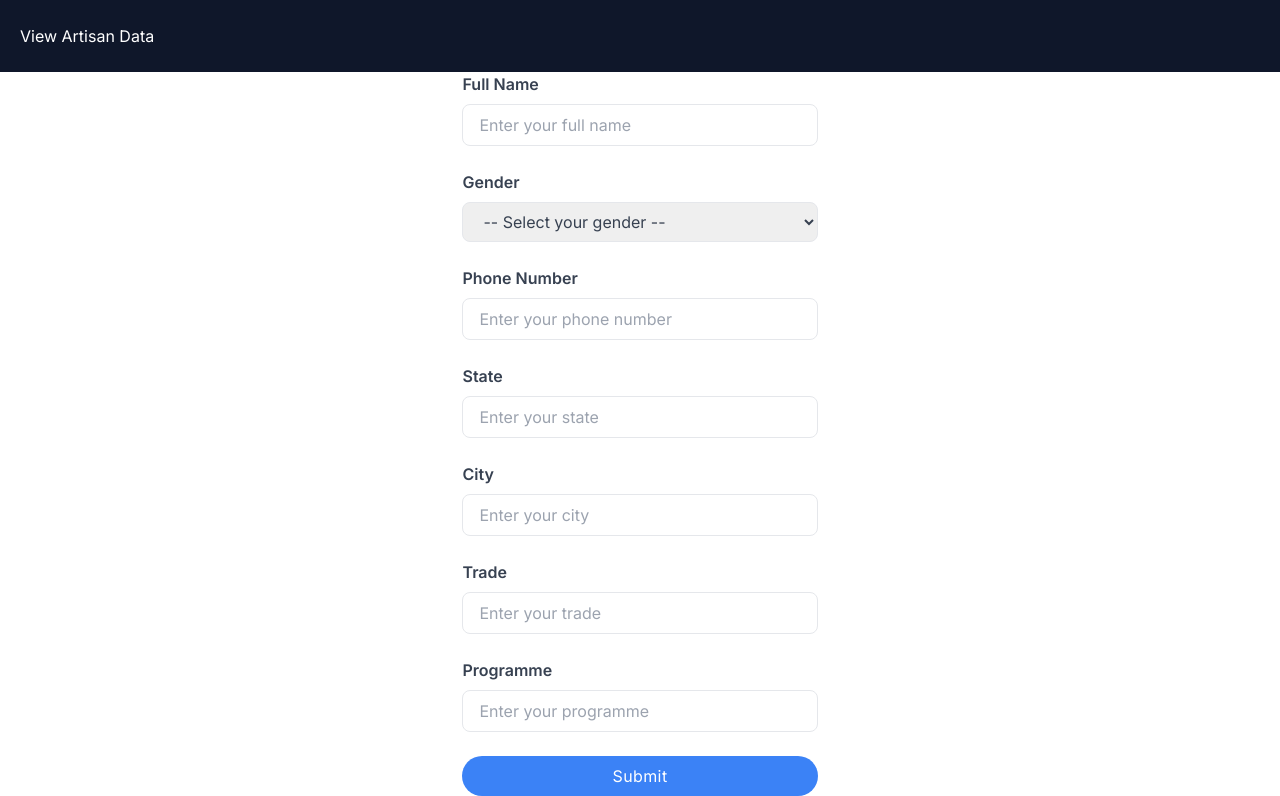
Repository: marcusdashe/artisanindex_frontend
Page: /components/CreateArtisan
These files come from the project's save history. The page is drawn as it stood at one moment and after the next save; the edit follows.
The browser window is 1280 px wide. The pictures show the whole page.
The page's requests for data from a server got no answer. The project was rebuilt for these pictures with package versions that can differ from the ones it lists, and the page was loaded fresh each time. The framework's server and built-in components were replaced by stand-ins that run in the browser. No one was signed in, and anything a server would have sent is missing. Also part of the build but not shown: next.config.js.

Above is the page before, as saved 2023-03-09 10:59:50.

### pages/_app.js
import "@/styles/globals.css";
import "core-js/stable";
import "regenerator-runtime/runtime";

export default function App({ Component, pageProps }) {
  return <Component {...pageProps} />;
}

### pages/_document.js
import { Html, Head, Main, NextScript } from "next/document";

export default function Document() {
  return (
    <Html lang="en">
      <Head>
        <link rel="preconnect" href="https://fonts.googleapis.com" />
        <link
          rel="preconnect"
          href="https://fonts.gstatic.com"
          crossOrigin="true"
        />
        <link
          href="https://fonts.googleapis.com/css2?family=Inter:wght@100;200;300;400;500;600&display=swap"
          rel="stylesheet"
        />
      </Head>
      <body>
        <Main />
        <NextScript />
      </body>
    </Html>
  );
}

### pages/components/CreateArtisan.js
import React, { useState, useEffect } from "react";
import axios from "axios";

function ViewArtisanDataScreen() {
  const [formData, setFormData] = useState({
    city: "",
    created: "",
    fullName: "",
    gender: "",
    phoneNumber: "",
    state: "",
    trade: "",
    programme: "",
  });

  const handleInputChange = (event) => {
    const { name, value } = event.target;
    setFormData({ ...formData, [name]: value });
  };

  const handleSubmit = (event) => {
    event.preventDefault();
    console.log(formData);
  };

  const fetchAllArtisanEndpoint = `${process.env.NEXT_PUBLIC_BACKEND_BASE_URL}api/artisan/all`;

  return (
    <div className="w-full h-[100vh]">
      <div className="w-full h-[10vh] bg-slate-900 flex items-center content-center justify-start text-white p-5">
        View Artisan Data
      </div>
      <div className="w-full h-[100vh] bg-white flex flex-row flex-wrap items-center justify-center">
        <form onSubmit={handleSubmit}>
          <label htmlFor="fullName" className="block text-gray-700 font-bold">
            Full Name
          </label>
          <input
            type="text"
            id="fullName"
            name="fullName"
            value={formData.fullName}
            onChange={handleInputChange}
            placeholder="Enter your full name"
            className="w-full mt-2 mb-6 px-4 py-2 border rounded-lg text-gray-700 focus:outline-none focus:border-blue-500 focus:shadow-outline-blue"
            required
          />
          <label htmlFor="gender" className="block text-gray-700 font-bold">
            Gender
          </label>
          <select
            id="gender"
            name="gender"
            value={formData.gender}
            onChange={handleInputChange}
            className="w-full mt-2 mb-6 px-4 py-2 border rounded-lg text-gray-700 focus:outline-none focus:border-blue-500 focus:shadow-outline-blue"
            required
          >
            <option value="">-- Select your gender --</option>
            <option value="Male">Male</option>
            <option value="Female">Female</option>
          </select>
          <label
            htmlFor="phoneNumber"
            className="block text-gray-700 font-bold"
          >
            Phone Number
          </label>
          <input
            type="tel"
            id="phoneNumber"
            name="phoneNumber"
            value={formData.phoneNumber}
            onChange={handleInputChange}
            placeholder="Enter your phone number"
            className="w-full mt-2 mb-6 px-4 py-2 border rounded-lg text-gray-700 focus:outline-none focus:border-blue-500 focus:shadow-outline-blue"
            required
          />
          <label htmlFor="state" className="block text-gray-700 font-bold">
            State
          </label>
          <input
            type="text"
            id="state"
            name="state"
            value={formData.state}
            onChange={handleInputChange}
            placeholder="Enter your state"
            className="w-full mt-2 mb-6 px-4 py-2 border rounded-lg text-gray-700 focus:outline-none focus:border-blue-500 focus:shadow-outline-blue"
            required
          />
          <label htmlFor="city" className="block text-gray-700 font-bold">
            City
          </label>
          <input
            type="text"
            id="city"
            name="city"
            value={formData.city}
            onChange={handleInputChange}
            placeholder="Enter your city"
            className="w-full mt-2 mb-6 px-4 py-2 border rounded-lg text-gray-700 focus:outline-none focus:border-blue-500 focus:shadow-outline-blue"
            required
          />
          <label htmlFor="trade" className="block text-gray-700 font-bold">
            Trade
          </label>
          <input
            type="text"
            id="trade"
            name="trade"
            value={formData.trade}
            onChange={handleInputChange}
            placeholder="Enter your trade"
            className="w-full mt-2 mb-6 px-4 py-2 border rounded-lg text-gray-700 focus:outline-none focus:border-blue-500 focus:shadow-outline-blue"
            required
          />

          <label htmlFor="programme" className="block text-gray-700 font-bold">
            Programme
          </label>
          <input
            type="text"
            id="programme"
            name="programme"
            value={formData.programme}
            onChange={handleInputChange}
            placeholder="Enter your programme"
            className="w-full mt-2 mb-6 px-4 py-2 border rounded-lg text-gray-700 focus:outline-none focus:border-blue-500 focus:shadow-outline-blue"
            required
          />
          <button
            type="submit"
            className="w-full px-4 py-2 tracking-wide text-white capitalize transition-colors duration-200 transform bg-blue-500 rounded-full hover:bg-blue-400 focus:outline-none focus:bg-blue-400"
          >
            Submit
          </button>
        </form>
      </div>
    </div>
  );
}

export default ViewArtisanDataScreen;

### styles/globals.css
@tailwind base;
@tailwind components;
@tailwind utilities;

@layer base {
  html {
    font-family: "Inter", sans-serif;
  }
}

### tailwind.config.js
/** @type {import('tailwindcss').Config} */

module.exports = {
  content: [
    "./pages/**/*.{js,ts,jsx,tsx}",
    "./components/**/*.{js,ts,jsx,tsx}",
  ],
  theme: {
    extend: {},
  },
  plugins: [],
};

After the next save:
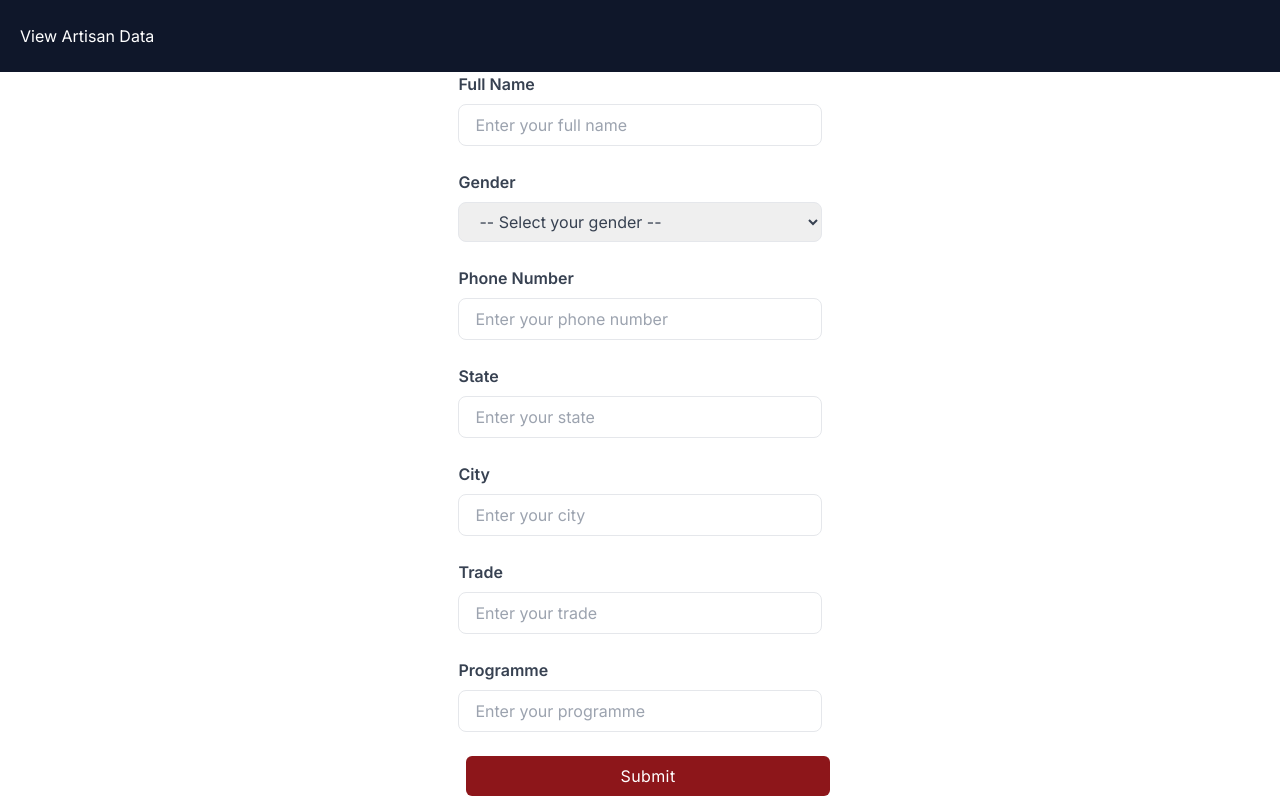
Saved 96 s later.
--- a/pages/components/CreateArtisan.js
+++ b/pages/components/CreateArtisan.js
@@ -131,7 +131,8 @@ function ViewArtisanDataScreen() {
           />
           <button
             type="submit"
-            className="w-full px-4 py-2 tracking-wide text-white capitalize transition-colors duration-200 transform bg-blue-500 rounded-full hover:bg-blue-400 focus:outline-none focus:bg-blue-400"
+            className="w-full px-4 py-2 tracking-wide text-white capitalize transition-colors duration-200 transform
+            bg-[#8D161A] text-white rounded-md ml-2"
           >
             Submit
           </button>
